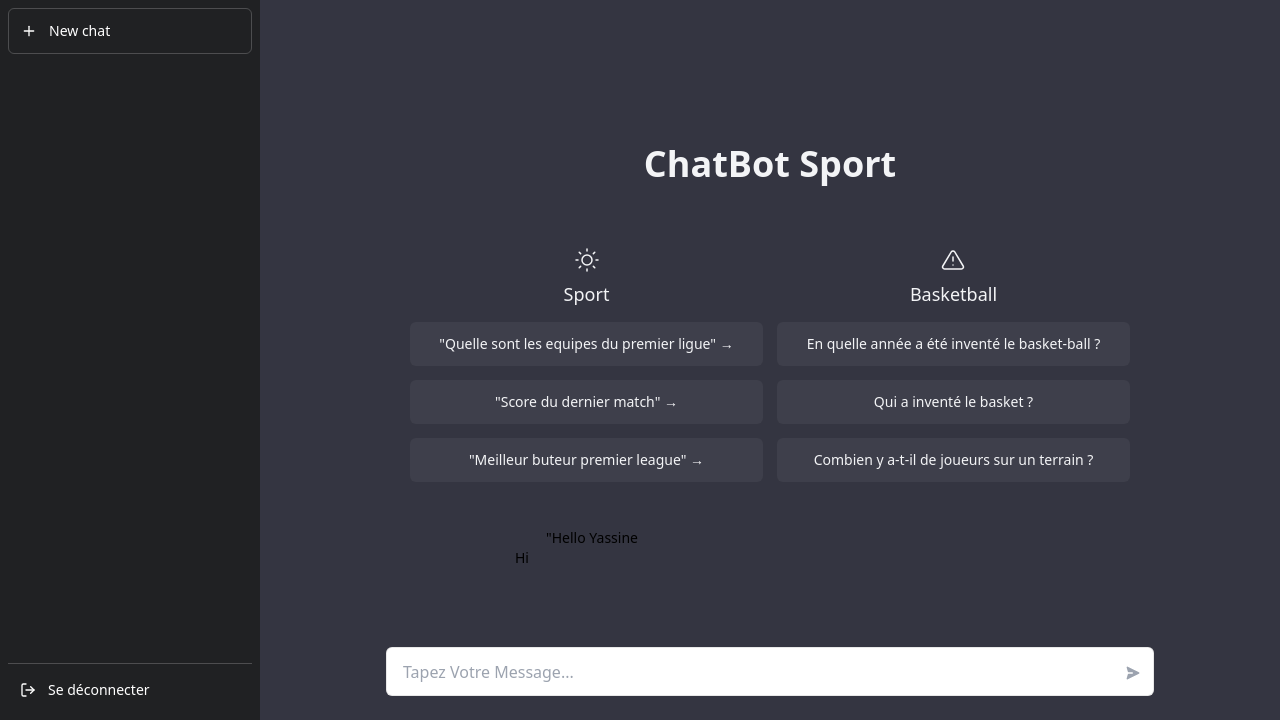
Repository: HaithemBenSlama/chatbot-front
Page: /, after clicking the first element matching `button.sc-gsFSXq`
These files come from the project's save history. The page is drawn as it stood at one moment and after the next save; the edit follows.
The browser window is 1280 px wide. The pictures show the whole page.
The project was rebuilt for these pictures with package versions that can differ from the ones it lists, and the page was loaded fresh each time. Also part of the build but not shown: src/constants/svg/lightningChargeIcon.js, src/constants/svg/externalLinkIcon.js, src/constants/svg/discordIcon.js, src/constants/svg/menuIcon.js, src/Components/Login/form-input.css.

Above is the page before, as saved 2023-05-01 22:08:43.

After the next save:
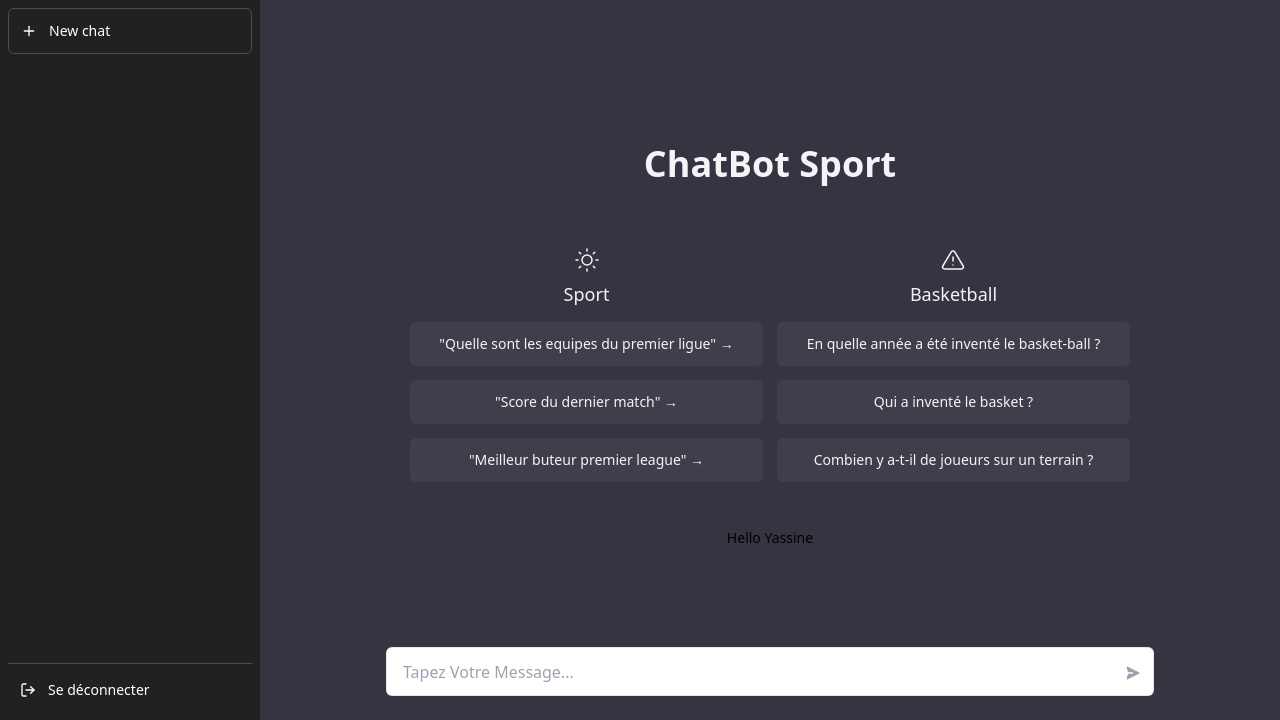
Saved 30 s later.
--- a/src/Components/main/RightSection/index.js
+++ b/src/Components/main/RightSection/index.js
@@ -61,8 +61,9 @@ const RightSection = () => {
               </div>
             </div>
             <div className="w-1/2 h-48 flex-shrink-0">
-              <ul className="flex flex-col gap-3.5 w-full sm:max-w-md m-auto">"Hello Yassine</ul>
-              <p>Hi</p>
+            <div className="md:flex items-start text-center gap-3.5">
+              <ul className="flex flex-col gap-3.5 w-full sm:max-w-md m-auto">Hello Yassine</ul>
+            </div>
             </div>
           </div>
         </div>
